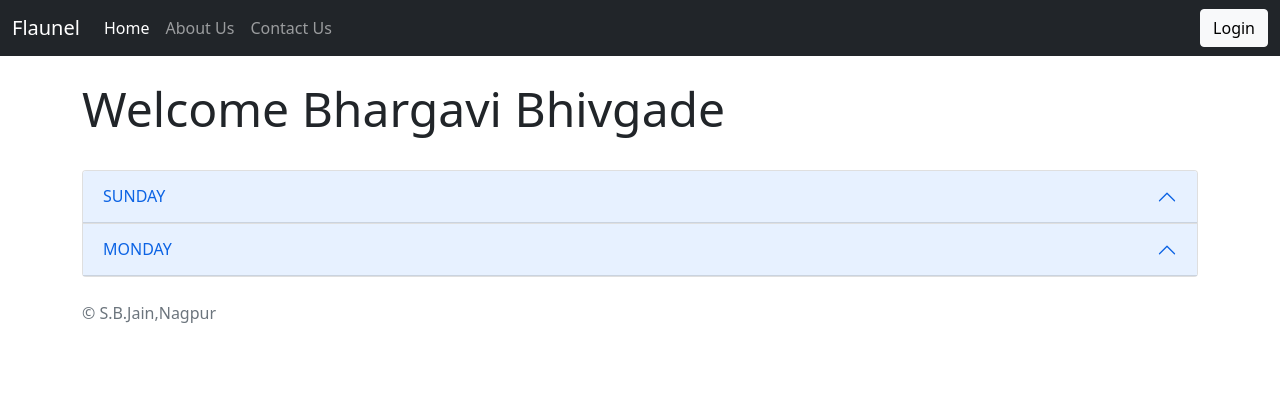
Repository: bhivgadePrajakta/Flaunel--A-LED-Display-Board
Page: http://localhost/home.php
The author's editor kept a copy of each file at every save. The page is drawn from the files as they stood at one save, then again after the next save.
The browser window is 1280 px wide. The pictures show the whole page.
The page is run by PHP 8.4 with error messages shown; the project is at /var/www/html/.

Above is the page before, as saved 2022-04-30 12:54:59.

After the next save:
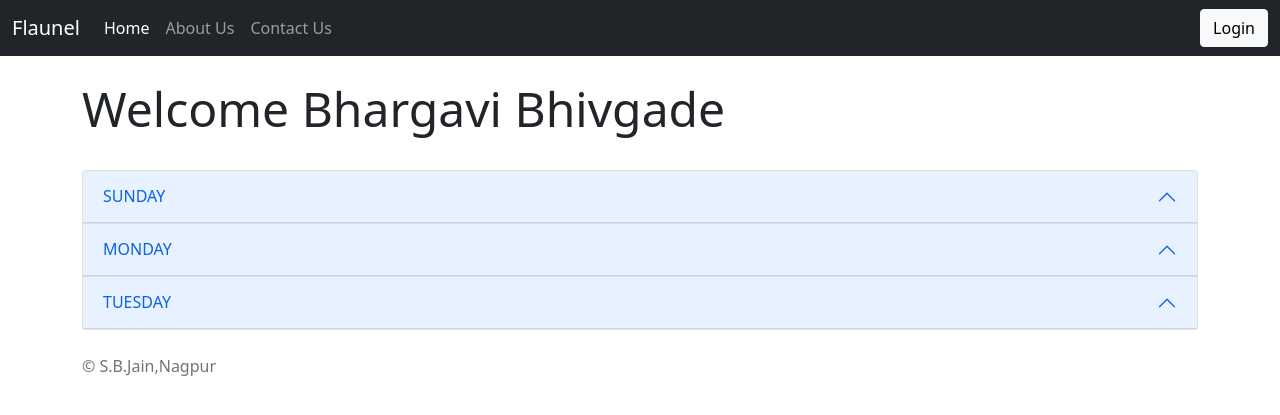
Saved 3 min 28 s later.
--- a/home.php
+++ b/home.php
@@ -88,6 +88,28 @@
     </div>
   </div>
     <!-- ACCORDIAN ITEM END -->
+    <!-- ACCORDIAN ITEM START -->
+    <div class="accordion-item">
+    <h2 class="accordion-header" id="heading3">
+      <button class="accordion-button" type="button" data-bs-toggle="collapse" data-bs-target="#collapse3" aria-expanded="true" aria-controls="collapse3">
+        TUESDAY
+      </button>
+    </h2>
+    <div id="collapse3" class="accordion-collapse collapse" aria-labelledby="heading3" data-bs-parent="#accordionExample">
+      <div class="accordion-body">
+        <form method="post" action="">
+        <div class="mb-3">
+  <label for="Tuesday" class="form-label">Quote for Tuesday</label>
+  <input type="text" class="form-control" id="Tuesday" placeholder="Enter Quote/Message/News for Tuesday">
+</div>
+<div class="mb-3">
+  <input type="submit" class="btn btn-dark" value="Update">
+</div>
+        </form>
+      </div>
+    </div>
+  </div>
+    <!-- ACCORDIAN ITEM END -->
 </div>
 <!-- ACCORDIAN MAIN BODY END -->
 </div>
